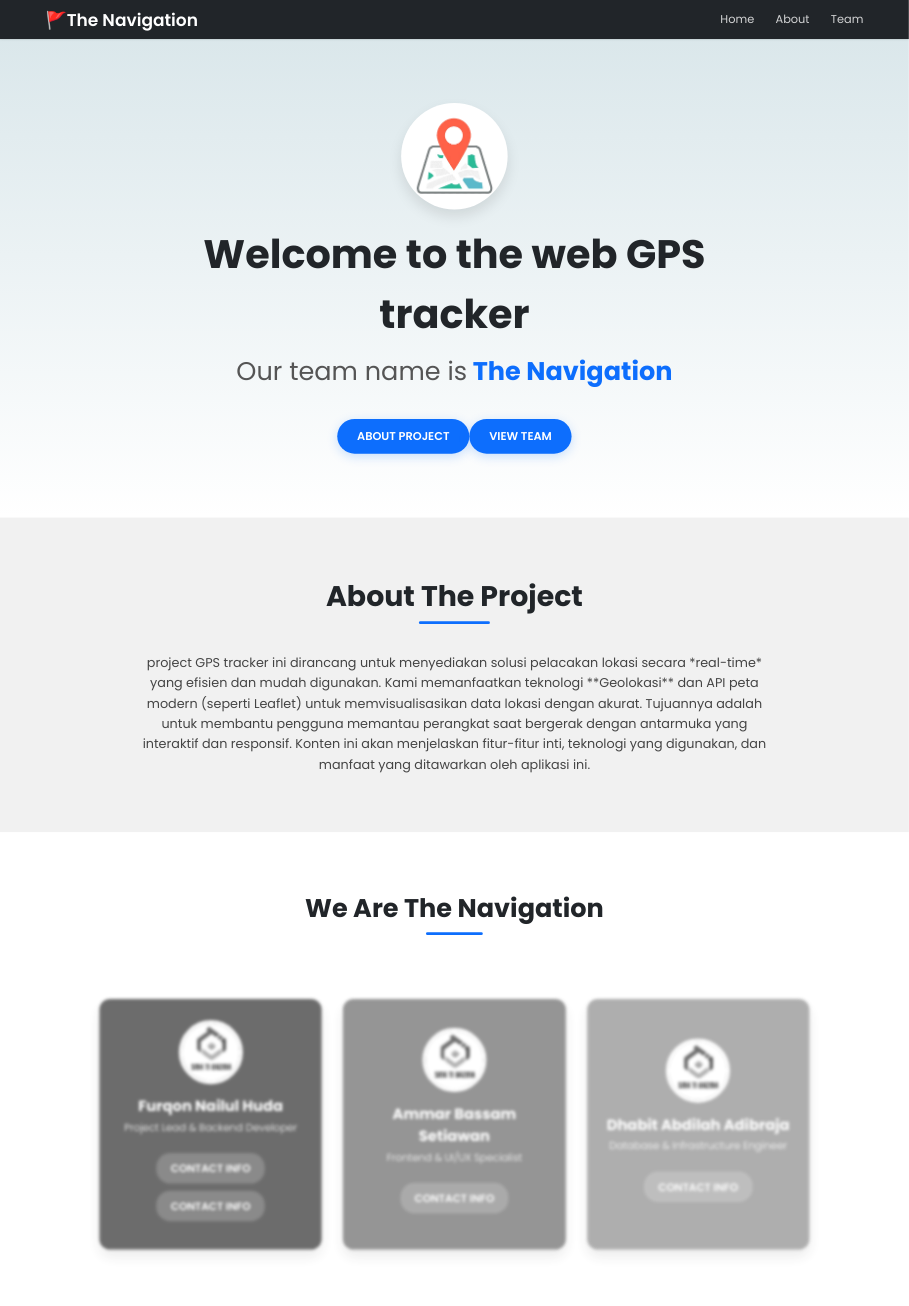
Repository: ammarsetiawan/gps-traker
Page: about.html
An editor plug-in stored every save of this project. The page is shown before and after the next save, followed by the edit.
The browser window is 1280 px wide. The pictures show the whole page, at 71% of full size.
The pointer rests on the first visible `.cards`.

Above is the page before, as saved 2025-11-27 16:53:34.

After the next save:
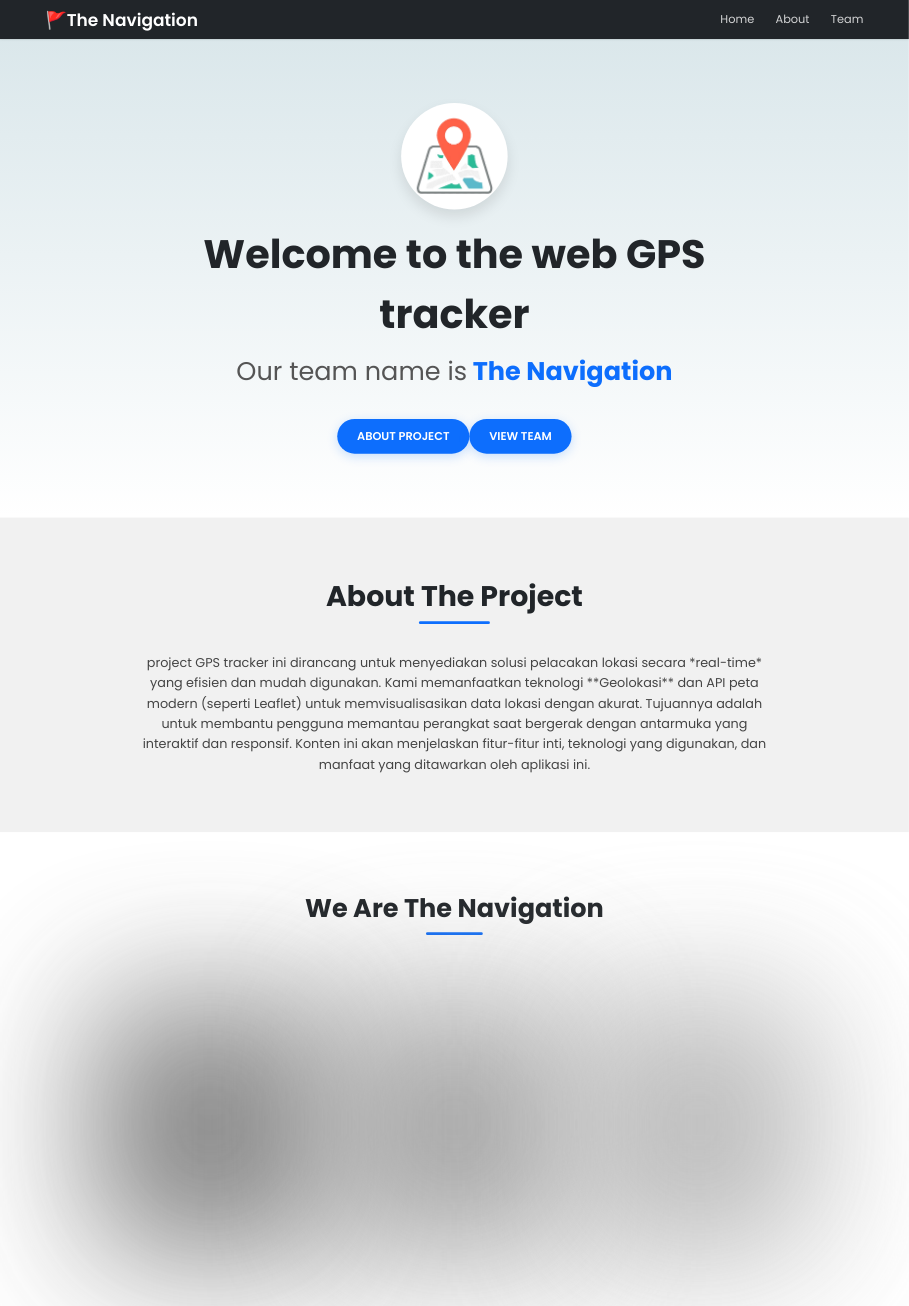
Saved 10 s later.
--- a/about.html
+++ b/about.html
@@ -357,7 +357,7 @@
 
         /* Efek blur pada kartu lain saat hover */
         .cards:hover>.card:not(:hover) {
-            filter: blur(2px) grayscale(100%);
+            filter: blur(102px) grayscale(100%);
             opacity: 0.8;
             transform: none;
         }
